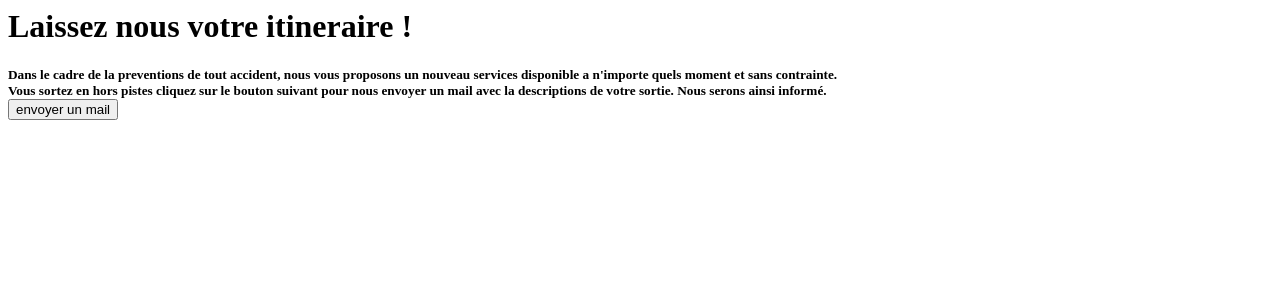
Repository: numericgraphics/Rosiere_Service
Page: www/templates/itineraires.html
The author's editor kept a record of every edit. The page is drawn from the files as they stood at one moment, then again after the next edit.
The browser window is 1280 px wide. The pictures show the whole page.

Above is the page before.

After the next edit:
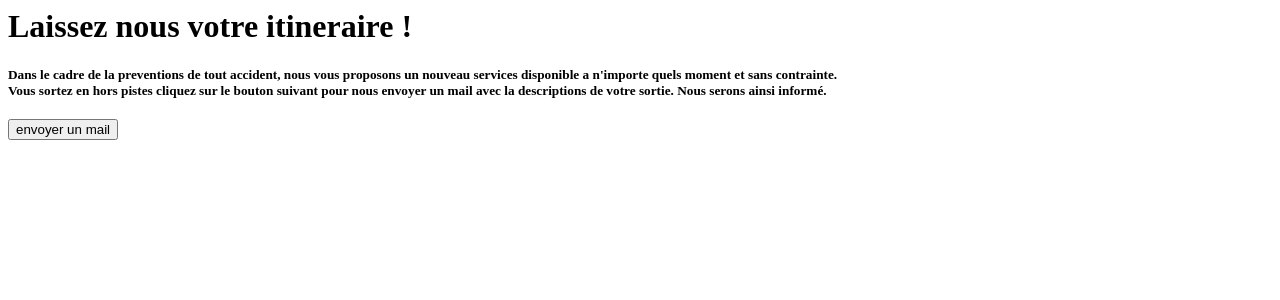
The edit:
--- a/www/templates/itineraires.html
+++ b/www/templates/itineraires.html
@@ -13,7 +13,7 @@
 
           <row >
           <div class="col">
-          <button class="button button-positive">
+          <button class="button button-positive" style="margin-top: 20px">
             envoyer un mail
           </button>
           </<div>
